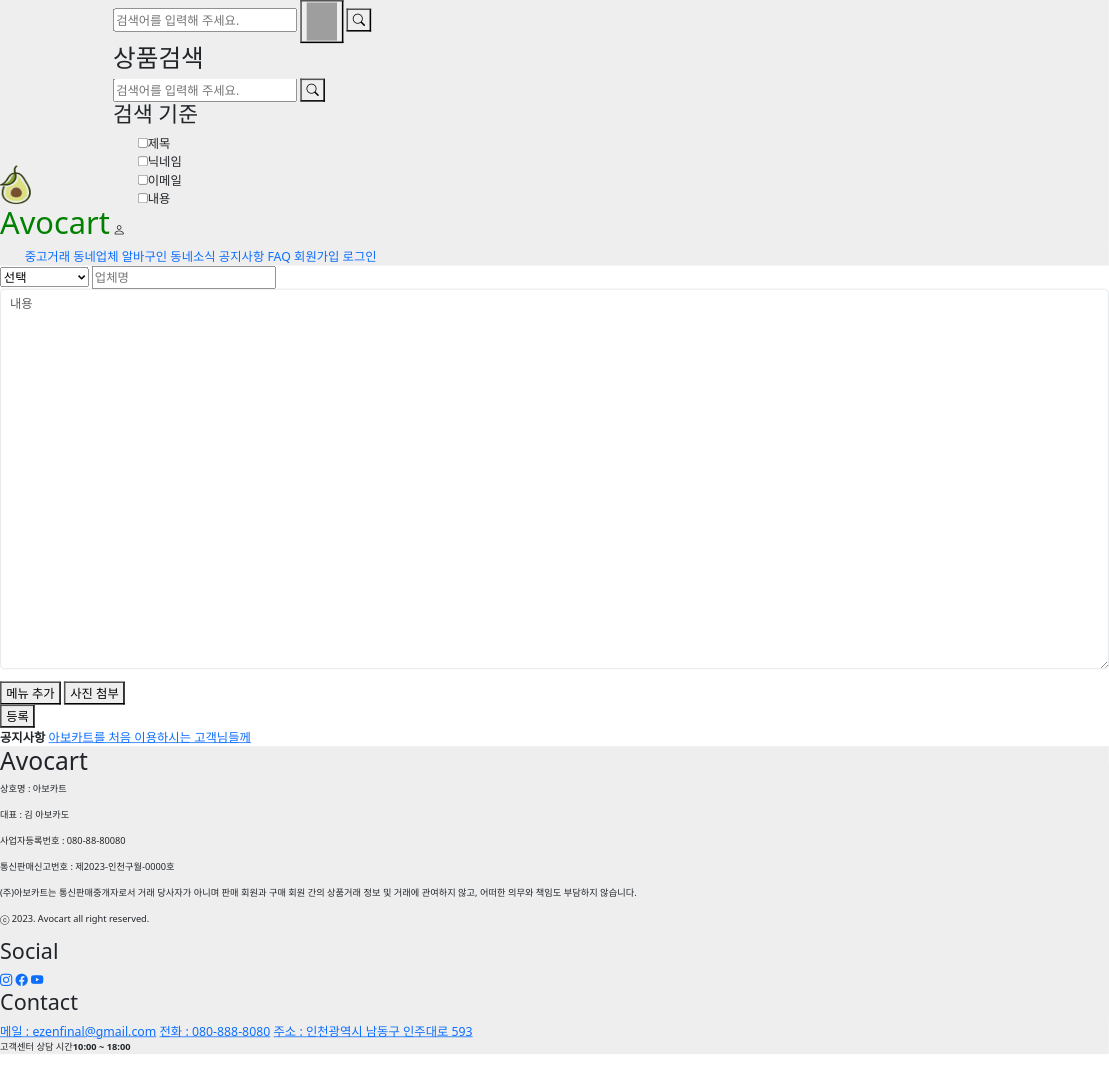
Repository: kimms0311/finalProject
Page: http://localhost/finalProject/WEB-INF/views/store/register.jsp
These files come from the project's save history. The page is drawn as it stood at one moment and after the next save; the edit follows.
The browser window is 1280 px wide. The page is 1440 px wide, so the pictures cover 1440 px, including what lies to the right of the window. The pictures show the whole page, at 77% of full size.
Pictures or frames that could not be fetched are drawn as grey boxes. The page is served by Tomcat 9. Nobody is signed in. Other server files are loaded and not shown. The template is opened directly, without the code that normally fills it, so the values that code supplies are empty.

Above is the page before, as saved 2023-11-23 10:17:01.

### finalProject/src/main/webapp/WEB-INF/views/store/register.jsp
<%@ page language="java" contentType="text/html; charset=UTF-8"
    pageEncoding="UTF-8"%>
<!DOCTYPE html>
<html>
<head>
<meta charset="UTF-8">
<title>Store Register</title>
</head>
<body class="bodyContainer">
<jsp:include page="../common/header.jsp" />
<form action="/store/register" method="post" enctype="multipart/form-data">
<input type="hidden" name="proCategory" value="store">
<select name="proMenu" id="proMenu">
	<option value="unselect" disabled="disabled" selected="selected">선택</option>
	<option value="과외/클래스">과외/클래스</option>
	<option value="반려동물">반려동물</option>
	<option value="병원/약국">병원/약국</option>
	<option value="뷰티샵">뷰티샵</option>
	<option value="세탁소">세탁소</option>
	<option value="수리">수리</option>
	<option value="운동">운동</option>
	<option value="육아">육아</option>
	<option value="음식점">음식점</option>
	<option value="이사/용달">이사/용달</option>
	<option value="인테리어 시공">인테리어 시공</option>
	<option value="청소">청소</option>
	<option value="취미">취미</option>
	<option value="카페/디저트">카페/디저트</option>
</select>
<input type="text" name="proTitle" id ="title" placeholder="업체명">
<textarea placeholder="내용" class="form-control" name="proContent" id="content" rows="20"></textarea>
<div id="menuZone">
	<ul>
	</ul>
</div>

<input type="file" name="files" id="files" accept="image/*" style="display:none;" multiple="multiple">
<button type="button" id="addMenu">메뉴 추가</button>
<button type="button" id="trigger">사진 첨부</button>

<div id="fileZone">
<!-- 이미지 미리보기 -->
</div>
<button type="submit" id="regBtn">등록</button>
</form>
<script type="text/javascript" src="/resources/js/storeBoardRegister.js"></script>
<jsp:include page="../common/footer.jsp" />
</body>
</html>

### finalProject/src/main/webapp/WEB-INF/views/common/header.jsp
<%@ page language="java" contentType="text/html; charset=UTF-8"
    pageEncoding="UTF-8"%>
<%@ taglib uri="http://java.sun.com/jsp/jstl/core" prefix="c"%>
<%@ taglib uri="http://www.springframework.org/security/tags" prefix="sec" %>
<!DOCTYPE html>
<html>
<head>
<meta charset="UTF-8">
<title>Insert title here</title>
<link rel="stylesheet" href="../resources/css/page.css">
<link href="https://cdn.jsdelivr.net/npm/bootstrap@5.3.1/dist/css/bootstrap.min.css" rel="stylesheet" integrity="sha384-4bw+/aepP/YC94hEpVNVgiZdgIC5+VKNBQNGCHeKRQN+PtmoHDEXuppvnDJzQIu9" crossorigin="anonymous">
<script src="https://cdn.jsdelivr.net/npm/bootstrap@5.3.1/dist/js/bootstrap.bundle.min.js" integrity="sha384-HwwvtgBNo3bZJJLYd8oVXjrBZt8cqVSpeBNS5n7C8IVInixGAoxmnlMuBnhbgrkm" crossorigin="anonymous"></script>
<link rel="stylesheet" href="https://cdn.jsdelivr.net/npm/bootstrap-icons@1.10.5/font/bootstrap-icons.css">
</head>
<body>

<div class="headerContainer">
   <header>
      <div class="logoSec">
         <img alt="logo" src="../resources/image/avocartLogo.png">
         <h1><a href="/">Avocart</a></h1>
      </div>
      <div class="searchSec">
         <form action="/common/search" method="post">
            <input type="search" id="searchInput" placeholder="검색어를 입력해 주세요.">
            <button type="button"><img width="24" height="24" src="https://img.icons8.com/plumpy/24/macos-close.png" alt="macos-close"/></button>
            <button type="button" class="openMenu">
               <i class="bi bi-search"></i>
            </button>
            <div class="searchMenu off">
               <h2>상품검색</h2>
               <input type="search" id="keyword" name="keyword" placeholder="검색어를 입력해 주세요.">
               <button type="submit">
                  <i class="bi bi-search"></i>
               </button>
               <h3>검색 기준</h3>
               <ul>
                  <li><input type="checkbox" name="srcCondit" id="ck_title" value="title"><label for="ck_title">제목</label></li>
                  <li><input type="checkbox" name="srcCondit" id="ck_nickname" value="nickname"><label for="ck_nickname">닉네임</label></li>
                  <li><input type="checkbox" name="srcCondit" id="ck_email" value="email"><label for="ck_email">이메일</label></li>
                  <li><input type="checkbox" name="srcCondit" id="ck_content" value="content"><label for="ck_content">내용</label></li>
               </ul>
               <!-- <h3>게시판 선택</h3>
               <ul>
                  <li><input type="checkbox" name="srcCondit" id="title" value="title"><label for="title">제목</label></li>
                  <li><input type="checkbox" name="srcCondit" id="nickname" value="nickname"><label for="nickname">닉네임</label></li>
                  <li><input type="checkbox" name="srcCondit" id="email" value="email"><label for="email">이메일</label></li>
                  <li><input type="checkbox" name="srcCondit" id="content" value="content"><label for="content">내용</label></li>
               </ul> -->
               <!-- <button type="button" id="checkCondit">확인</button> -->
            </div>
         </form>
         <i id="my" class="bi bi-person"></i>
         <!-- 로그인 후 오픈되어야 할 메뉴 -->
         <sec:authorize access="isAuthenticated()">
           <sec:authentication property="principal.mvo.memEmail" var="authEmail" />
            <div id="myMenu" class="off">
               <ul>
                  <li><a href="/hmember/detail?memEmail=${authEmail }">마이페이지</a></li>
                  <li><a href="#" id="logoutLink">로그아웃</a></li>
                  <form action="/member/logout" method="post" id="logoutForm">
                       <input type="hidden" name="memEmail" value="${authEmail }">
                  </form>
               </ul>
            </div>
         </sec:authorize>
      </div>
   </header>
   <nav>
      <ul>
         <li><a href="/joongo/list">중고거래</a></li>
         <li><a href="/store/list">동네업체</a></li>
         <li><a href="/job/list">알바구인</a></li>
         <li><a href="/community/list">동네소식</a></li>
         <li><a href="#">공지사항</a></li>
         <li><a href="#">FAQ</a></li>

           <!-- 로그인 전 오픈되어야 할 메뉴 -->
         <sec:authorize access="isAnonymous()">
            <li><a href="/member/register">회원가입</a></li>
            <li><a href="/member/login">로그인</a></li>
         </sec:authorize>
      </ul>
   </nav>
</div>

<script type="text/javascript" src="/resources/js/header.js"></script>
</body>
</html>

### finalProject/src/main/webapp/WEB-INF/views/common/footer.jsp
<%@ page language="java" contentType="text/html; charset=UTF-8"
    pageEncoding="UTF-8"%>
<!DOCTYPE html>
<html>
<head>
<meta charset="UTF-8">
<title>Insert title here</title>
</head>
<body>
<footer>
	<section class="infoSec">
		<div>
			<b>공지사항</b>
			<a href="#">아보카트를 처음 이용하시는 고객님들께</a>
		</div>
	</section>
	<div class="footerContainer">
		<div class="mainSec">
			<h2>Avocart</h2>
			<p>상호명 : 아보카트</p>
			<p>대표 : 김 아보카도</p>
			<p>사업자등록번호 : 080-88-80080</p>
			<p>통신판매신고번호 : 제2023-인천구월-0000호</p>
			<p>(주)아보카트는 통신판매중개자로서 거래 당사자가 아니며 판매 회원과 구매 회원 간의 상품거래 정보 및 거래에 관여하지 않고, 어떠한 의무와 책임도 부담하지 않습니다.</p>
			<p>ⓒ 2023. Avocart all right reserved.</p>
		</div>
		<div class="socialSec">
			<h3>Social</h3>
			<a href="#"><i class="bi bi-instagram"></i></a>
			<a href="#"><i class="bi bi-facebook"></i></a>
			<a href="#"><i class="bi bi-youtube"></i></a>
		</div>
		<div class="contactSec">
			<h3>Contact</h3>
			<a href="mailto:ezenFinal@gmail.com">메일 : ezenfinal@gmail.com</a>
			<a href="tel:080-888-8080">전화 : 080-888-8080</a>
			<a href="https://kko.to/k2pByw0PdA" target="_blank">주소 : 인천광역시 남동구 인주대로 593</a>
			<p>고객센터 상담 시간<b>10:00 ~ 18:00</b></p>
		</div>
	</div>
</footer>
</body>
</html>

### finalProject/src/main/webapp/resources/css/page.css
@import url("reset.css");
@import url("global.css");

### finalProject/src/main/webapp/resources/js/storeBoardRegister.js
document.getElementById('trigger').addEventListener('click',()=>{
    document.getElementById('files').click();
});

const regExp = new RegExp("\.(exe|sh|bat|js|msi|dll)$"); //실행파일 막기
//const regExpImg = new RegExp("\.(jpg|jpeg|png|gif)$"); //이미지 파일만
const maxSize = 1024*1024*20; //파일 최대 사이즈

function fileValidation(fileName, fileSize){
//    if(!regExpImg.test(fileName)){
//        return 0;
//    }else
    if(regExp.test(fileName)){
        return 0;
    }else if(fileSize > maxSize){
        return 0;
    }else {
        return 1;
    }
}

document.addEventListener('change',(e)=>{
    if(e.target.id == 'files'){
        //파일을 다시 추가할 때는 버튼 상태를 원래대로 변경
        document.getElementById('regBtn').disabled = false;

        //input file element에 저장된 file의 정보를 가저오는 property
        const fileObj = document.getElementById('files').files;
        console.log(fileObj);

        //첨부파일에 대한 정보를 fileZone에 기록
        let div = document.getElementById('fileZone');
        //기존 값이 있다면 삭제
        div.innerHTML="";
        //ul => li로 첨부파일 추가
        //<ul class="list-group list-group-flush">
        //<li class="list-group-item">An item</li>
        let isOk = 1; //여러 파일이 모두 검증에 통과해야 하기 때문에 * 로 각 파일마다 통과여부 확인
        let ul=`<ul class="list-group list-group-flush">`;
            for(let file of fileObj){
                let vaildResult = fileValidation(file.name, file.size); //0 또는 1로 리턴
                isOk *= vaildResult;
                ul+= `<li class="list-group-item d-flex justify-content-between align-items-start">`;
                ul+= `<div class="ms-2 me-auto">`;
                ul+= `${vaildResult ? '<div class="fw-bold">업로드 가능</div>' : '<div class="fw-bold text-danger">업로드 불가능</div>'}`;
                ul+= `${file.name}</div>`;
                ul+= `<span class="badge rounded-pill text-bg-${vaildResult ? 'success':'danger'}">${file.size}Bypes</span></li>`;
            }
            ul +=`</ul>`;
            div.innerHTML = ul;

            if(isOk == 0){
                document.getElementById('regBtn').disabled = true;
            }
    }
})

### finalProject/src/main/webapp/resources/css/global.css
.headerContainer{
}
header{
	width: 1440px;
	margin: 0 auto;
	background-color: #eeeeee;
}
header>*{
	display: inline-block;
}
header img{
	width: 40px;
	height: 50px;
}
header h1 a{
	text-decoration: none;
	color: green;
}
nav{
	width: 1440px;
	margin: 0 auto;
	background-color: #eeeeee;

}
nav ul{
	display: inline;
}
nav ul li{
	display: inline-block;
}
nav ul li a{
	text-decoration: none;

}


.bodyContainer{
	margin: 0 auto;
	width: 1440px;
}

footer .footerContainer{
	margin: 0 auto;
	width: 1440px;
	background-color: #eeeeee;

}

footer{
}
footer p{
	display: block;
	font-size: 12px;
}

Loaded but not shown: finalProject/src/main/webapp/resources/css/reset.css (common file); finalProject/src/main/webapp/resources/js/header.js (no copy from this time; the picture is the same without it)

After the next save:
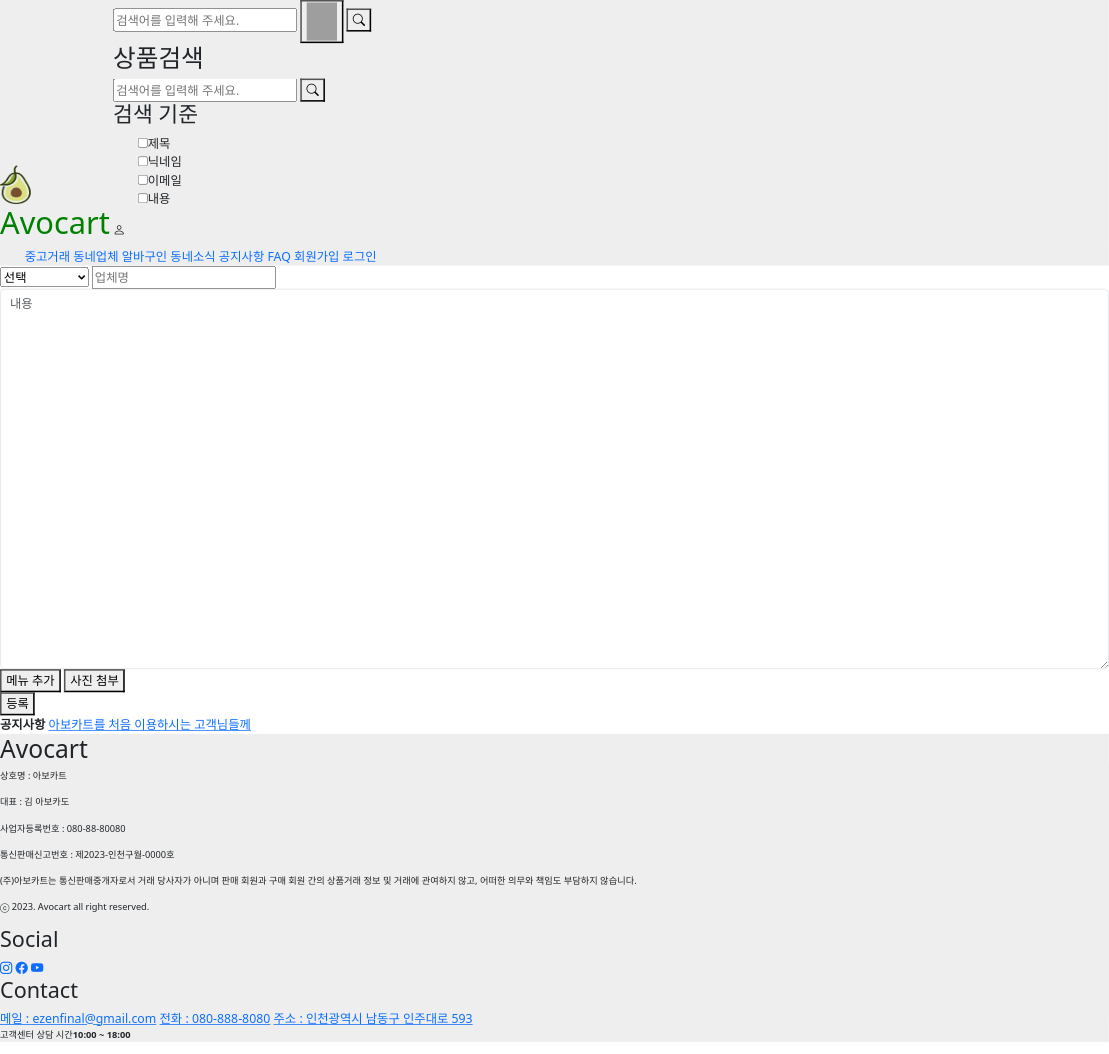
Saved 13 s later.
--- a/finalProject/src/main/webapp/WEB-INF/views/store/register.jsp
+++ b/finalProject/src/main/webapp/WEB-INF/views/store/register.jsp
@@ -30,8 +30,7 @@
 <input type="text" name="proTitle" id ="title" placeholder="업체명">
 <textarea placeholder="내용" class="form-control" name="proContent" id="content" rows="20"></textarea>
 <div id="menuZone">
-	<ul>
-	</ul>
+<!-- 메뉴 등록 -->
 </div>
 
 <input type="file" name="files" id="files" accept="image/*" style="display:none;" multiple="multiple">
